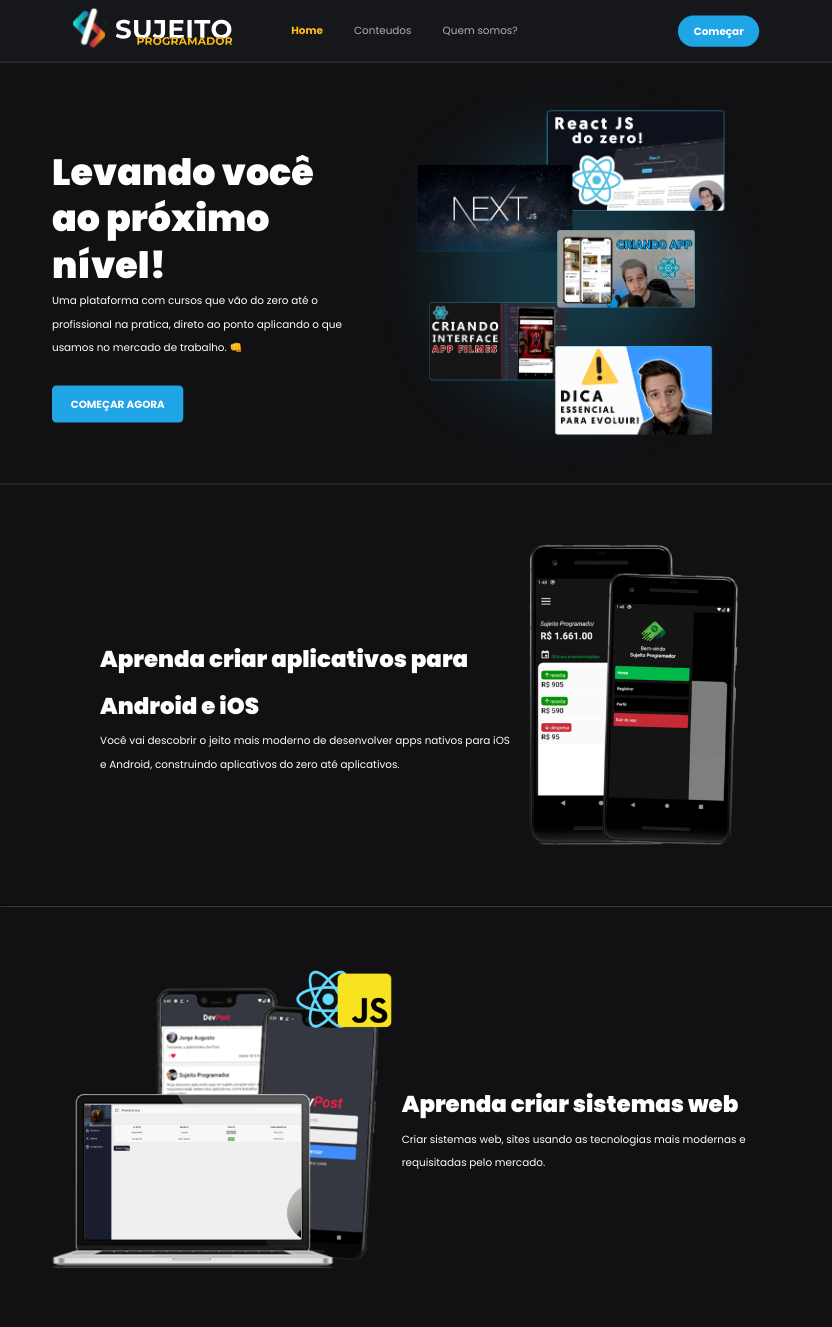
Repository: ArthurHendrich/Blog
Page: /
An editor plug-in stored every save of this project. The page is shown before and after the next save, followed by the edit.
The browser window is 1280 px wide. The pictures show the whole page, at 65% of full size.
The project was rebuilt for these pictures with package versions that can differ from the ones it lists, and the page was loaded fresh each time. The framework's server and built-in components were replaced by stand-ins that run in the browser. Also part of the build but not shown: next.config.js.

Above is the page before, as saved 2022-07-05 23:57:05.

### src/pages/_app.tsx
import { AppProps } from "next/app";
import { Header } from "../components/header";

import '../styles/global.scss';

function MyApp({ Component, pageProps }: AppProps) {
  return (
    <>
    <Header />
    <Component {...pageProps} />
    </>
  );
}

export default MyApp;

### src/pages/_document.tsx
import Document, { Html, Head, Main, NextScript } from "next/document";

export default class MyDocument extends Document {
  render() {
    return (
      <Html>
        <Head>
          <link rel="preconnect" href="https://fonts.googleapis.com" />
          <link
            href="https://fonts.googleapis.com/css2?family=Poppins:wght@400;500;700;900&display=swap"
            rel="stylesheet"
          />
          <link rel="shortcut icon" href="favicon.png" type="image/png" />
        </Head>
        <body>
          <Main />
          <NextScript />
        </body>
      </Html>
    );
  }
}

### src/pages/index.tsx
import Head from 'next/head';

import styles from '../styles/home.module.scss';

export default function Home() {
  return (
    <>
    <Head>
      <title>Home | Bootcamp</title>
    </Head>

    <main className={styles.container}>
      <div className={styles.containerHeader}>
        <section className={styles.ctaText}>
          <h1>Levando você ao próximo nível!</h1>
          <span>Uma plataforma com cursos que vão do zero até o profissional na pratica, direto ao ponto aplicando o que usamos no mercado de trabalho. 👊</span>
          <a>
            <button>
              COMEÇAR AGORA
            </button>
          </a>
        </section>
          <img src="/images/banner-conteudos.png" alt="Conteúdos" />
      </div>

      <hr className={styles.divisor} />

      <div className={styles.sectionContent} >
        <section>
          <h2>Aprenda criar  aplicativos para Android e iOS</h2>
          <span>Você vai descobrir o jeito mais moderno de desenvolver apps nativos para iOS e Android, construindo aplicativos do zero até aplicativos.</span>
        </section>

        <img src="/images/financasApp.png" alt="conteudos mobile" />
      </div>

      <hr className={styles.divisor} />

      <div className={styles.sectionContent} >
        <img src="/images/webDev.png" alt="dev Aplicação web" />

        <section>
          <h2>Aprenda criar sistemas web </h2>
          <span>Criar sistemas web, sites usando as tecnologias mais modernas e requisitadas pelo mercado.</span>
        </section>
      </div>

    </main>
    </>
  )
}

### src/components/header/index.tsx
import Image from 'next/image';
import styles from './styles.module.scss';
import log from '../../../public/images/logo.svg';
import { ActiveLink } from '../ActiveLink';


export function Header() {
  return(
    <header className={styles.headerContainer}>
      <div className={styles.headerContent}>
      <ActiveLink href="/" activeClassName={styles.active}>
        <a>
          <Image src={log} alt="Logo"/>
        </a>
      </ActiveLink>

        <nav>
          <ActiveLink href="/" activeClassName={styles.active}>
            <a>Home</a>
          </ActiveLink>

          <ActiveLink href="/posts" activeClassName={styles.active}>
            <a>Conteudos</a>
          </ActiveLink>

          <ActiveLink href="/sobre" activeClassName={styles.active}>
            <a>Quem somos?</a>
          </ActiveLink>
        </nav>

        <a className={styles.readyButton} href="https://github.com/ArthurHendrich">Começar</a>
      </div>
    </header>
  )
}

### src/styles/global.scss
* {
  margin: 0;
  padding: 0;
  box-sizing: border-box;
}

:root {
  --white: #FFF;

  --gray-100: #AFAFAF;
  --gray-200: #525252;
  --gray-700: #15171b;
  --gray-900: #111113;

  --blue-900: #1fa4e5;
  --yellow-500: #FFBE16;
}

@media (max-width: 1080px) {
  html {
    font-size: 93.75%;
  }
}

@media (max-width: 720px) {
  html {
    font-size: 87.5%;
  }
}

body{
  background: var(--gray-900);
}

body, input, textarea, select, button {
  font: 400 1rem 'Poppins', sans-serif;
}

button {
  cursor: pointer;
}

a {
  color: inherit;
  text-decoration: none;
}

### src/styles/home.module.scss
.container {
  display: block;
}

.containerHeader{
  min-height: calc(100vh - 5rem);
  margin: 0 auto;
  max-width: 1120px;

  display: flex;
  align-items: center;
  justify-content: space-between;

  img{
    max-width: 640px;
  }
}

.ctaText {
  max-width: 600px;

  h1 {
    font-size: 3.5rem;
    line-height: 4.5rem;
    font-weight: 900;
    margin-top: 2.5rem;
    color: var(--white);
  }

  span{
    font-size: 1rem;
    line-height: 2.25rem;
    color: var(--white);
  }

  button {
    background-color: var(--blue-900);
    border: 0;
    padding: 1rem 1.8rem;
    margin-top: 2.5rem;
    border-radius: 7px;
    color: var(--white);
    font-weight: bold;
    transition: filter ease 0.2s;

    &:hover {
      filter: brightness(0.9);
    }
  }
}

.divisor {
  width: 100%;
  bottom: 0;
  height: 1px;
  border-color: var(--gray-200)
}

.sectionContent {
  margin: 5.5rem auto;
  max-width: 1120px;
  display: flex;
  align-items: center;
  justify-content: center;

  section {
    max-width: 670px;
    padding-right: 1rem;
    padding-left: 1rem;
  }

  img {
    max-width: 550px;
  }

  h2{
    font-size: 2.2rem;
    line-height: 4.5rem;
    font-weight: 900;
    margin-top: 2.2rem;
    color: var(--white);
  }

  span {
    font-size: 1rem;
    line-height: 2.25rem;
    color: var(--white);
  }
}

### src/components/header/styles.module.scss
.headerContainer {
  height: 6rem;
  border-bottom: 1px solid var(--gray-200);
  background: var(--gray-700);
}

.headerContent {
  max-width: 1120px;
  height: 6rem;
  margin: 0 auto;
  padding: 0 2rem;

  display: flex;
  align-items: center;

  img {
    cursor: pointer;
  }

  nav {
    margin-left: 5rem;
    height: 6rem;

    a {
      display: inline-block;
      position: relative;
      padding: 0 0.5rem;
      height: 6rem;
      line-height: 6rem;
      color: var(--gray-100);
      transition: color 0.2s;

      & + a {
        margin-left: 2rem;
      }

      &:hover {
        color: var(--white);
      }

      &.active{
        color: var(--yellow-500);
        font-weight: bold;
      }
    }
  }
}

.readyButton {
  margin-left: auto;
  height: 3rem;
  border-radius: 3rem;
  background: var(--blue-900);
  border: 0;
  padding: 0 1.5rem;
  display: flex;
  align-items: center;
  justify-content: center;
  color: var(--white);
  font-weight: bold;
  transition: filter 0.2s;

  &:hover {
    filter: brightness(1.1)
  }
}

@media (max-width: 870px){
  .headerContainer {
    height: 11rem;
    padding: 0.5rem 0;
  }

  .headerContent {
    display: flex;
    flex-direction: column;

    nav {
      display: block;
      margin-left: auto;
      margin-right: auto;
    }

    .readyButton {
      display: none;
    }
  }
}

### src/components/ActiveLink/index.tsx
import Link, { LinkProps } from "next/link";
import { useRouter } from "next/router";
import { cloneElement, ReactElement } from "react";

interface ActiveLinkProps extends LinkProps {
  children: ReactElement;
  activeClassName: string;
}

export function ActiveLink ({ children, activeClassName, ...rest }: ActiveLinkProps) {
  const { asPath } = useRouter();

  const className = asPath === rest.href ? activeClassName : '';


  return (
    <Link {...rest}>
      {cloneElement(children, { className })}
    </Link>
  )
}

After the next save:
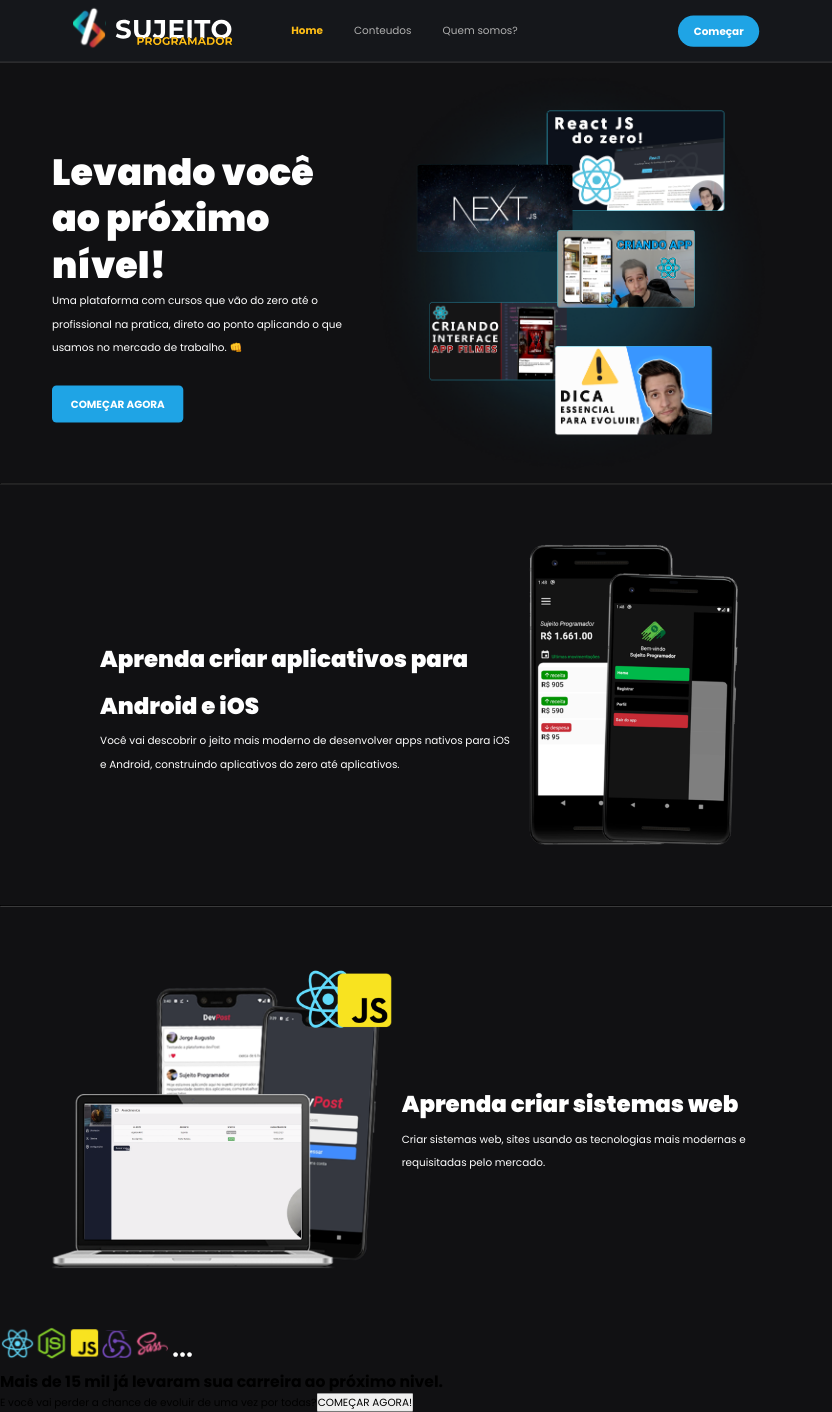
Saved 3 min 18 s later.
--- a/src/pages/index.tsx
+++ b/src/pages/index.tsx
@@ -1,6 +1,9 @@
 import Head from 'next/head';
 
 import styles from '../styles/home.module.scss';
+
+import Image from 'next/image';
+import techsImage from '../../public/images/techs.svg'
 
 export default function Home() {
   return (
@@ -45,7 +48,20 @@
         </section>
       </div>
 
+
+      <div className={styles.nextLevelContent} >
+        <Image src={techsImage} alt="techs" />
+        <h2>Mais de <span className={styles.alunos}>15 mil</span> já levaram sua carreira ao próximo nivel.</h2>
+        <span>E você vai perder a chance de evoluir de uma vez por todas?</span>
+        <a>
+          <button>COMEÇAR AGORA!</button>
+        </a>
+      </div>
+
+
     </main>
+
+
     </>
   )
 }
